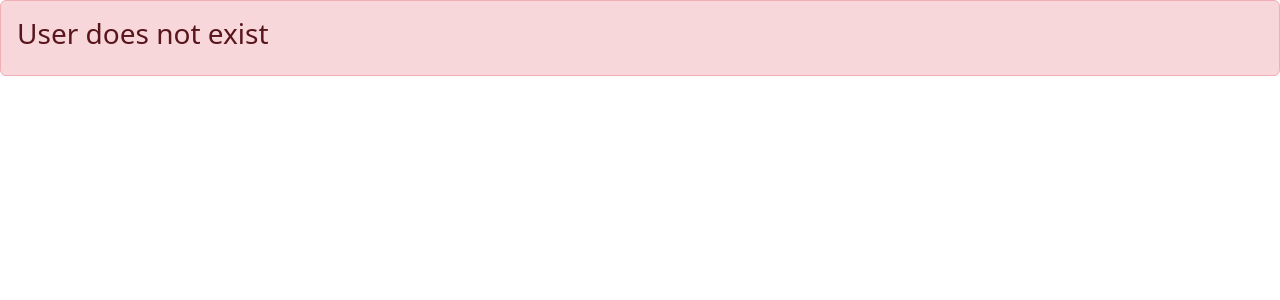
Repository: AyushMahatara/PHP-Simple-CRUD-with-JSON
Page: http://localhost/user/update.php
The author's editor kept a copy of each file at every save. The page is drawn from the files as they stood at one save, then again after the next save.
The browser window is 1280 px wide. The pictures show the whole page.
The page is run by PHP 8.4 with error messages shown; the project is at /var/www/html/.

Above is the page before, as saved 2024-03-20 18:41:24.

### user/update.php
<?php
include '../partials/header.php';
require './users.php';

if (!isset($_GET['id'])) {
    include "../partials/not_found.php";
    exit;
}

$userId = $_GET['id'];

$user = getUserById($userId);

if (!$user) {
    include "../partials/not_found.php";
    exit;
}

if ($_SERVER['request_method'] === 'post') {
    updateUser($_POST, $userId);
}
?>

<div class="container">

    <div class="card">
        <div class="card-header">
            <h3>
                Update
            </h3>
        </div>
        <div class="card-body">
            <form method="POST" enctype="multipart/form-data">
                <div class="form-group">
                    <label>Name:</label>
                    <input type="name" name="name" class="form-control" placeholder="Enter name">
                </div>
                <div class="form-group">
                    <label>Usename:</label>
                    <input type="username" name="username" class="form-control" placeholder="username">
                </div>
                <div class="form-group">
                    <label>Email:</label>
                    <input type="email" name="email" class="form-control" placeholder="Enter email">
                </div>
                <div class="form-group">
                    <label>Phone:</label>
                    <input type="phone" name="phone" class="form-control" placeholder="phone">
                </div>

                <div class="form-group">
                    <label>Website:</label>
                    <input type="website" name="wensite" class="form-control" placeholder="Enter website">
                </div>
                <div class="form-group">
                    <label>Image:</label>
                    <input type="file" name="image" class="form-control" placeholder="image">
                </div>


                <button type="submit" class="btn btn-primary">Submit</button>
            </form>
        </div>
    </div>

</div>

<?php
include '../partials/footer.php';
?>

### partials/header.php
<!DOCTYPE html>
<html lang="en">

<head>
    <meta charset="UTF-8">
    <meta name="viewport" content="width=device-width, initial-scale=1.0">
    <link href="https://cdn.jsdelivr.net/npm/bootstrap@5.3.3/dist/css/bootstrap.min.css" rel="stylesheet" integrity="sha384-QWTKZyjpPEjISv5WaRU9OFeRpok6YctnYmDr5pNlyT2bRjXh0JMhjY6hW+ALEwIH" crossorigin="anonymous">
    <title>Document</title>
</head>

<body>

### user/users.php
<?php

function getUsers()
{
    return json_decode(file_get_contents('./users.json'), true);

    // echo '<pre>';
    // var_dump($users);
    // echo '<pre>';
}


function getUserById($id)
{
    $users = getUsers();
    foreach ($users as $user) {
        if ($user['id'] == $id) {
            return $user;
        }
    }
    return null;
}


function createUser($data)
{
}


function updateUser($data, $id)
{
    $users = getUsers();
    foreach ($users as $user) {
        if ($user['id'] == $id) {
            $user['i'] = array_merge($user, $data);
        }
    }
    file_put_contents('./users.json', json_encode($users));
}

function deleteUser($id)
{
}

### partials/not_found.php
<div class="alert alert-danger">
    <h3>User does not exist</h3>
</div>

After the next save:
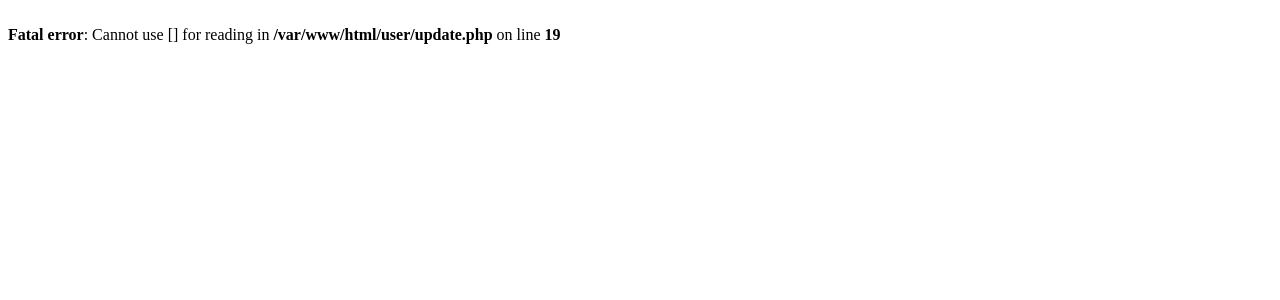
Saved 37 s later.
--- a/user/update.php
+++ b/user/update.php
@@ -16,7 +16,7 @@
     exit;
 }
 
-if ($_SERVER['request_method'] === 'post') {
+if ($_SERVER[] === 'post') {
     updateUser($_POST, $userId);
 }
 ?>

After the save that followed:
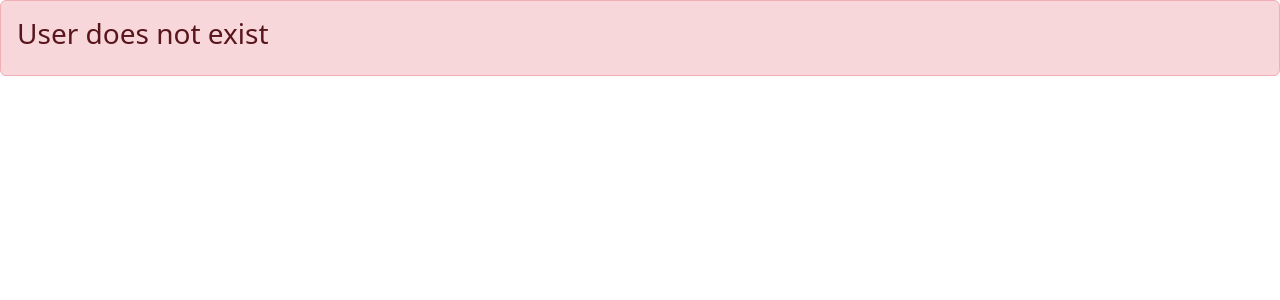
Saved 25 s later.
--- a/user/update.php
+++ b/user/update.php
@@ -16,7 +16,7 @@
     exit;
 }
 
-if ($_SERVER[] === 'post') {
+if ($_SERVER['REQUEST_METHOD'] === 'post') {
     updateUser($_POST, $userId);
 }
 ?>
